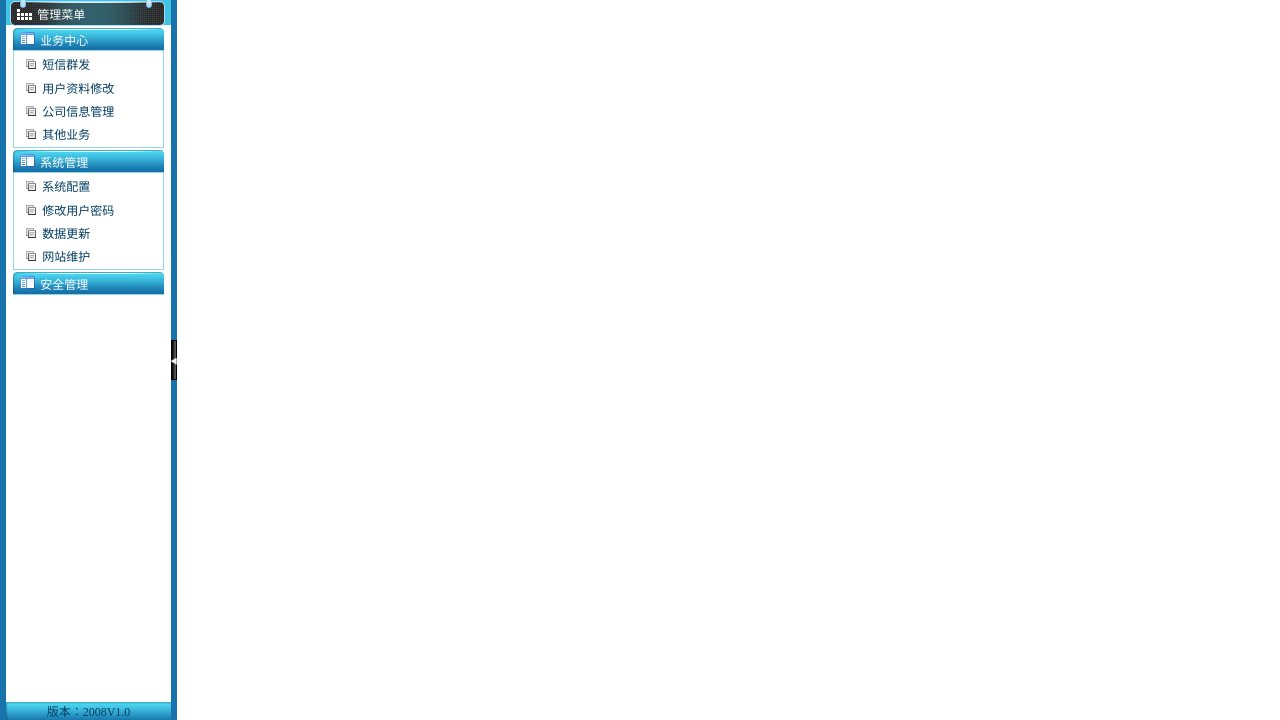
Repository: MoGsong/JavaWeb
Page: JavaWeb/cims_gjmy/src/main/webapp/CIMS/middel.html
These files come from the project's save history. The page is drawn as it stood at one moment and after the next save; the edit follows.
The browser window is 1280 px wide. The pictures show the whole page.

Above is the page before, as saved 2022-07-21 02:25:00.
Console error: TypeError: Cannot read properties of null (reading 'clientHeight')

After the next save:
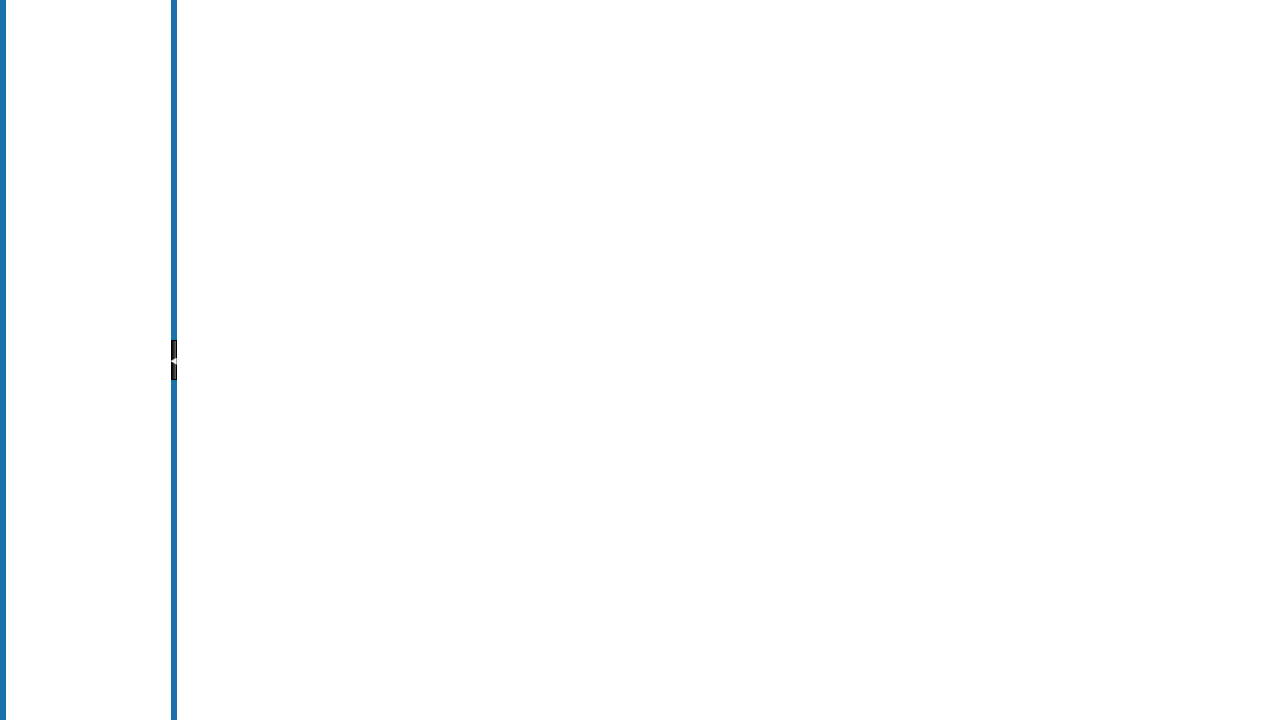
The error is gone.
Saved 86 s later.
--- a/JavaWeb/cims_gjmy/src/main/webapp/CIMS/middel.html
+++ b/JavaWeb/cims_gjmy/src/main/webapp/CIMS/middel.html
@@ -42,7 +42,7 @@ document.all("frmTitle").style.display=""
     <td width="171" id=frmTitle noWrap name="fmTitle" align="center" valign="top"><table width="171" height="100%" border="0" cellpadding="0" cellspacing="0" style="table-layout:fixed;">
       <tr>
         <td  bgcolor="#1873aa" style="width:6px;">&nbsp;</td>
-        <td width="165"><iframe name="I1" height="100%" width="165" src="left.html" border="0" frameborder="0" scrolling="no"> 浏览器不支持嵌入式框架，或被配置为不显示嵌入式框架。</iframe></td>
+        <td width="165"><iframe name="I1" height="100%" width="165" src="left.jsp" border="0" frameborder="0" scrolling="no"> 浏览器不支持嵌入式框架，或被配置为不显示嵌入式框架。</iframe></td>
       </tr>
     </table>		</td>
     <td width="6"  style="width:6px;"valign="middle" bgcolor="1873aa" onclick=switchSysBar()><SPAN class=navPoint
